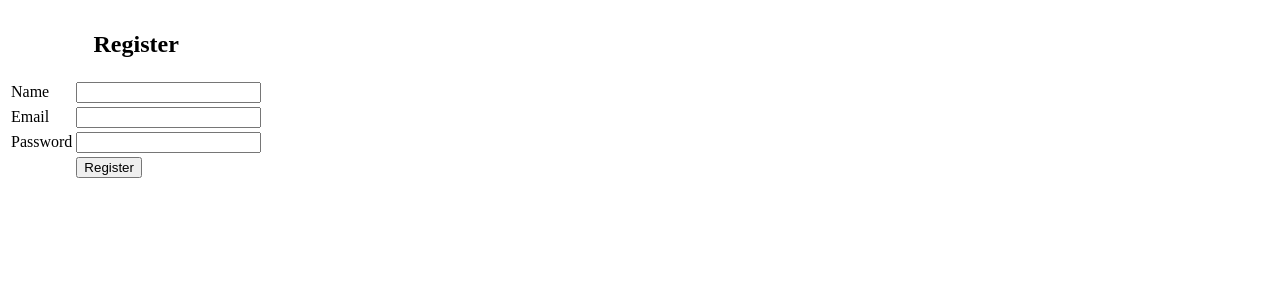
Repository: nguyenhung50497/MD3_templateStaticFile
Page: TH_xayDungTinhNangUploadHinhAnhTrongForm/views/register.html
These files come from the project's save history. The page is drawn as it stood at one moment and after the next save; the edit follows.
The browser window is 1280 px wide. The pictures show the whole page.

Above is the page before, as saved 2022-12-14 11:58:44.

### TH_xayDungTinhNangUploadHinhAnhTrongForm/views/register.html
<!DOCTYPE html>
<html lang="en">
<head>
    <meta charset="UTF-8">
    <title>Register</title>
</head>
<body>
<form action="/" method="post">
    <table>
        <tr>
            <td colspan="2">
                <h2 style="text-align: center">Register</h2>
            </td>
        </tr>
        <tr>
            <td>Name</td>
            <td><input type="text" name="name" required></td>
        </tr>
        <tr>
            <td>Email</td>
            <td><input type="text" name="email" required></td>
        </tr>
        <tr>
            <td>Password</td>
            <td><input type="text" name="password" required></td>
        </tr>
        <tr>
            <td></td>
            <td>
                <button type="submit">Register</button></td>
        </tr>
    </table>
</form>
</body>
</html>

After the next save:
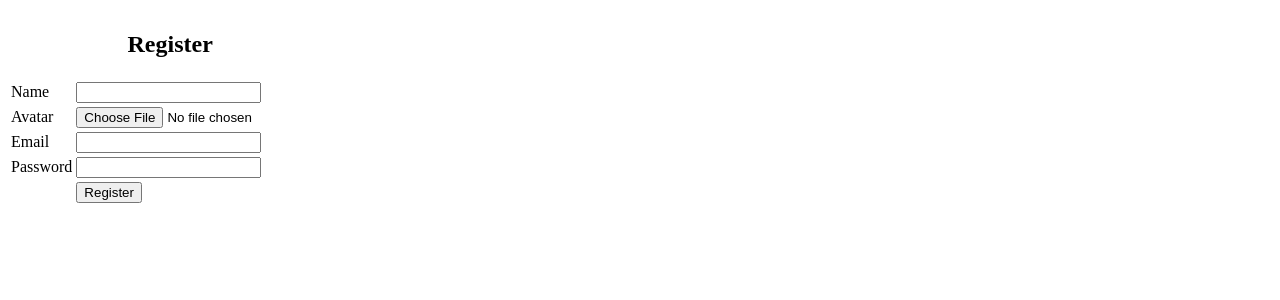
Saved 4 min 29 s later.
--- a/TH_xayDungTinhNangUploadHinhAnhTrongForm/views/register.html
+++ b/TH_xayDungTinhNangUploadHinhAnhTrongForm/views/register.html
@@ -5,7 +5,7 @@
     <title>Register</title>
 </head>
 <body>
-<form action="/" method="post">
+<form action="/upload" method="post" enctype="multipart/form-data">
     <table>
         <tr>
             <td colspan="2">
@@ -15,6 +15,10 @@
         <tr>
             <td>Name</td>
             <td><input type="text" name="name" required></td>
+        </tr>
+        <tr>
+            <td>Avatar</td>
+            <td><input type="file" name="avatar"></td>
         </tr>
         <tr>
             <td>Email</td>
